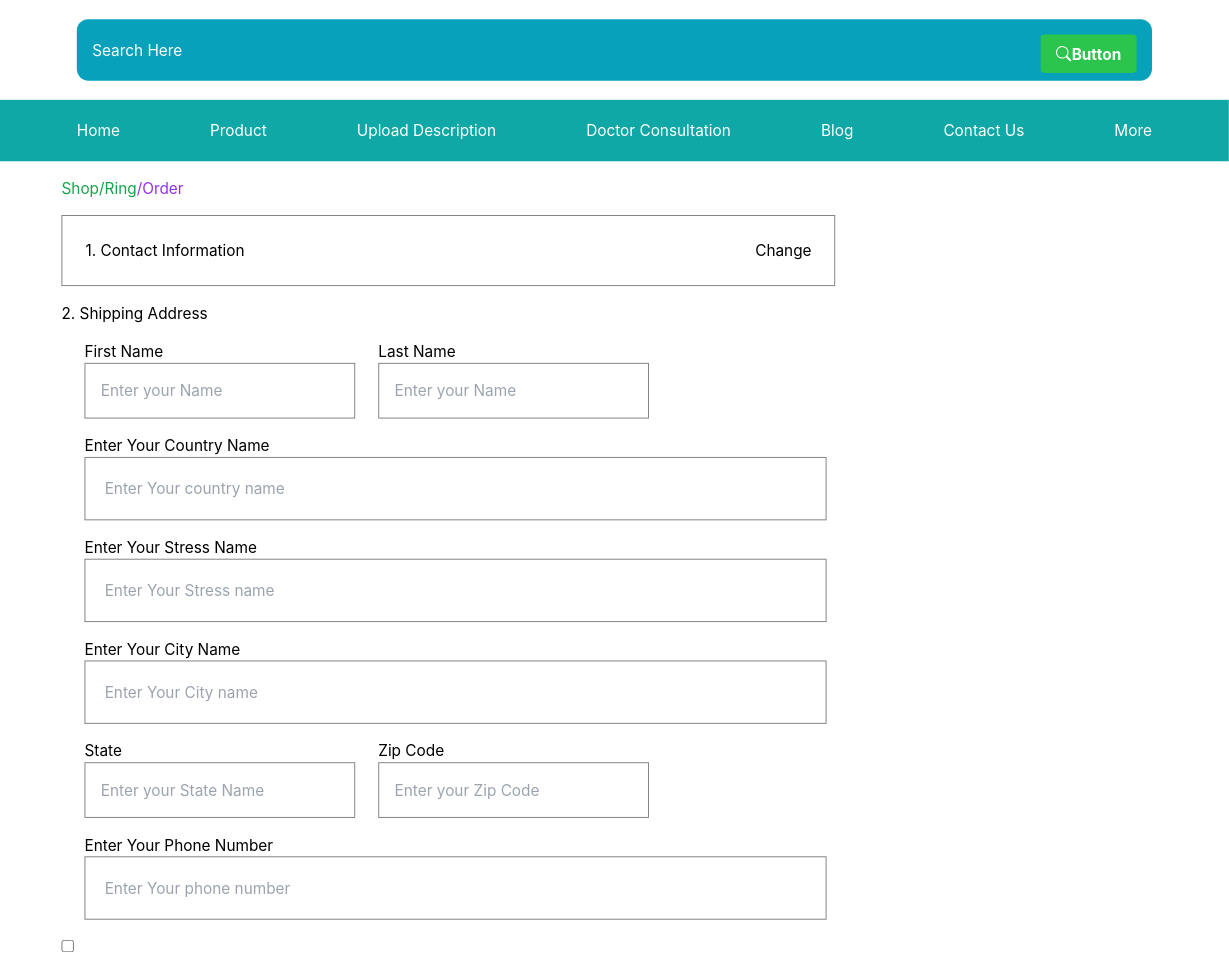
Repository: arafatmollah/form-pharma
Page: /
These files come from the project's save history. The page is drawn as it stood at one moment and after the next save; the edit follows.
The browser window is 1280 px wide. The pictures show the whole page, at 96% of full size.
The project was rebuilt for these pictures with package versions that can differ from the ones it lists, and the page was loaded fresh each time.

Above is the page before, as saved 2023-03-15 00:02:04.

### src/index.js


import React from 'react';
import ReactDOM from 'react-dom/client';
import './index.css';
import App from './App';
import reportWebVitals from './reportWebVitals';

const root = ReactDOM.createRoot(document.getElementById('root'));
root.render(
  <React.StrictMode>
    <App />
  </React.StrictMode>
);

// If you want to start measuring performance in your app, pass a function
// to log results (for example: reportWebVitals(console.log))
// or send to an analytics endpoint. Learn more: https://bit.ly/CRA-vitals
reportWebVitals();

### src/App.js

import './App.css';
import Nav from './Nav';
import Form from './Form';

function App() {
  return (
    <div className="App">
     <Nav></Nav>
     <Form></Form>
    </div>
  );
}

export default App;

### src/App.css
.box-border{
  background-color: #08A1BC;
}
.btn {
  @apply font-bold py-2 px-4 rounded;
  background-color: #2BC44C;
  color: white;
}
.btn-blue {
  @apply bg-blue-500 text-white;
}
.btn-blue:hover {
  @apply bg-blue-700;
}
.nav{
  background-color: #0FA8A6;
}
.info{
  width: 70%;
  border: 1px solid gray;
}
.input{
  border: 1px solid gray;
}
.an{
  width: 70%;
}

### src/Nav.js
import React from 'react'
import './App.css';
import { BsSearch } from 'react-icons/bs';

function Nav() {
  return (
    <div>
        <div className='box-border h-16 w-100 p-4 mx-20 my-5 rounded-xl'>
          <div className='flex justify-between align-middle'>
                <p className='text-white mt-1'>Search Here</p>
                <button className="btn mb-1 py-2 flex items-center justify-between"><BsSearch></BsSearch> Button</button>
          </div>
        </div>
        <div className='box-border h-16 w-100 nav'>
            <div className='flex mx-20 items-center justify-between text-white'>
            <div className='mt-5'>Home</div>
            <div className='mt-5'> Product</div>
            <div className='mt-5'>Upload Description</div>
            <div className='mt-5'>Doctor Consultation</div>
            <div className='mt-5'>Blog</div>
            <div className='mt-5'>Contact Us</div>
            <div className='mt-5'>More</div>
            </div>
        </div>
    </div>
  )
}

export default Nav

### src/Form.js
import React from 'react'

function form() {
  return (
    <div>
        <div className='mx-16'>
            <div className='flex my-4'>
                <p className='text-green-600'>Shop</p>
                <p className='text-green-600'> /Ring</p>
                <p className='text-purple-600'>/Order</p>
            </div>
            <div>
            <div className='info p-6 flex justify-between'>
              <p>1. Contact Information</p>
              <p>Change </p>
            </div>
            <div className='my-4'>
              <p>2. Shipping Address</p>
              <form className='my-4'>
               <div className='flex'>
               <div className='mx-6'>
                <label>First Name</label> <br></br>
                <input className='input p-4' type='text' placeholder="Enter your Name"></input>
                </div>
                <div>
                <label>Last Name</label> <br></br>
                <input className='input p-4' type='text' placeholder="Enter your Name"></input>
                </div>
               </div>
               <div className='my-4 mx-6'>
                <label>Enter Your Country Name</label><br></br>
                <input className='an input p-5' type='text' placeholder='Enter Your country name'></input>
               </div>
               <div className='my-4 mx-6'>
                <label>Enter Your Stress Name</label><br></br>
                <input className='an input p-5' type='text' placeholder='Enter Your Stress name'></input>
               </div>
               <div className='my-4 mx-6'>
                <label>Enter Your City Name</label><br></br>
                <input className='an input p-5' type='text' placeholder='Enter Your City name'></input>
               </div>
               <div className='flex'>
               <div className='mx-6'>
                <label>State</label> <br></br>
                <input className='input p-4' type='text' placeholder="Enter your State Name"></input>
                </div>
                <div>
                <label>Zip Code</label> <br></br>
                <input className='input p-4' type='number' placeholder="Enter your Zip Code"></input>
                </div>
               </div>
               <div className='my-4 mx-6'>
                <label>Enter Your Phone Number</label><br></br>
                <input className='an input p-5' type='number' placeholder='Enter Your phone number'></input>
               </div>
               <div>
                <input type="checkbox"></input>
                <label></label>
               </div>
              </form>
            </div>
            </div>
        </div>
    </div>
  )
}

export default form

Loaded but not shown: public/index.html (common file); src/index.css (common file); src/reportWebVitals.js (common file); tailwind.config.js (common file)

After the next save:
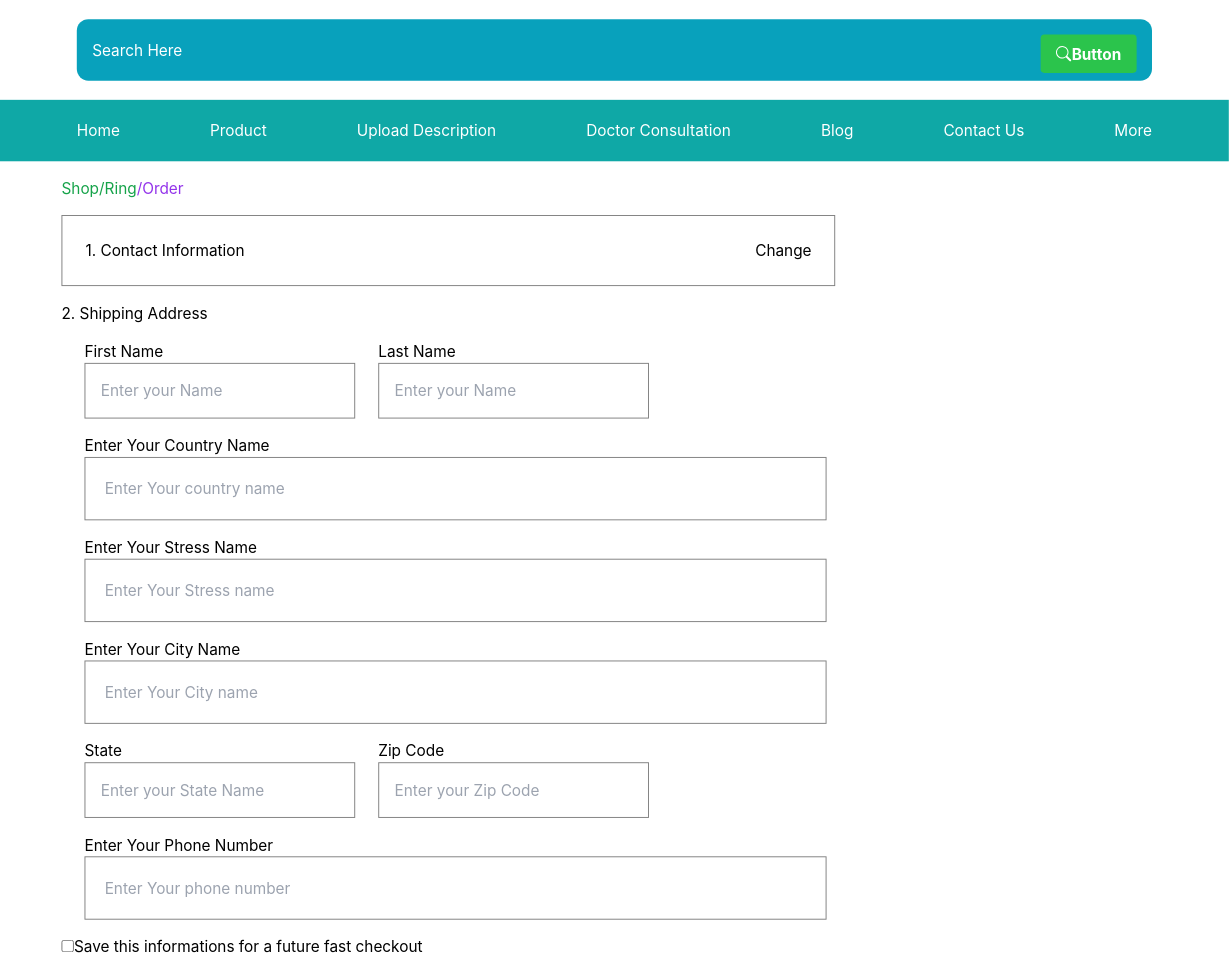
Saved 15 s later.
--- a/src/Form.js
+++ b/src/Form.js
@@ -55,7 +55,7 @@
                </div>
                <div>
                 <input type="checkbox"></input>
-                <label></label>
+                <label>Save this informations for a future fast checkout</label>
                </div>
               </form>
             </div>
